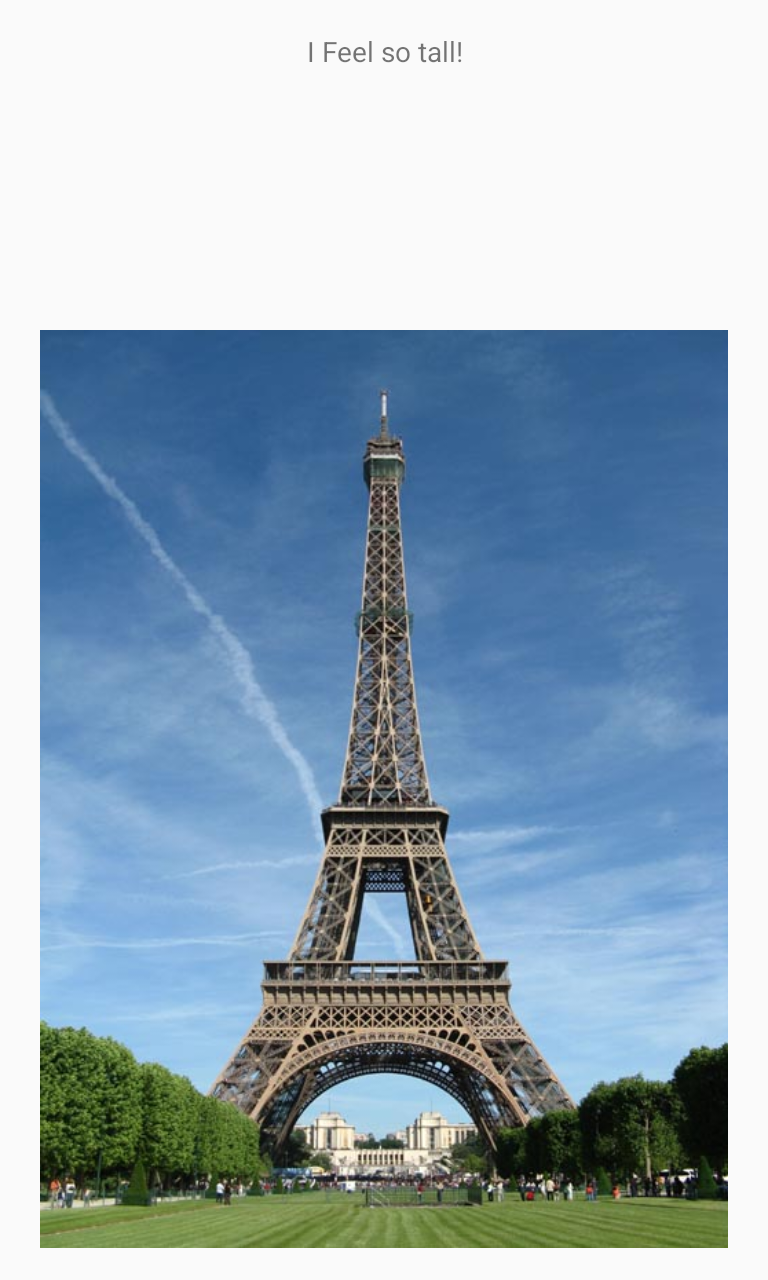
Repository: Smahane/Android_CST407
Layout: HomeWork2/HomeWork2_Resources_State/res/layout/fragment_opinion.xml
These files come from the project's save history. The layout is drawn as it stood at one moment and after the next save; the edit follows.
It is drawn on a 768 x 1280 px phone screen (xhdpi) without system bars, with theme AppTheme; the app's code is not run.

Above is the layout before, as saved 2014-07-20 17:42:03.

### HomeWork2/HomeWork2_Resources_State/res/layout/fragment_opinion.xml
<RelativeLayout xmlns:android="http://schemas.android.com/apk/res/android"
    xmlns:tools="http://schemas.android.com/tools"
    android:layout_width="match_parent"
    android:layout_height="match_parent"
    android:paddingBottom="@dimen/activity_vertical_margin"
    android:paddingLeft="@dimen/activity_horizontal_margin"
    android:paddingRight="@dimen/activity_horizontal_margin"
    android:paddingTop="@dimen/activity_vertical_margin"
    tools:context="com.example.homework2_resources.OpinionActivity$PlaceholderFragment" >

    <TextView
        android:id="@+id/textView1"
        android:layout_width="match_parent"
        android:layout_height="wrap_content"
        android:gravity="center"
        android:text="@string/portrait" />

    <ImageView
        android:id="@+id/imageView1"
        android:layout_width="wrap_content"
        android:layout_height="wrap_content"
        android:layout_alignLeft="@+id/textView1"
        android:layout_below="@+id/textView1"
        android:layout_marginTop="130dp"
        android:layout_centerVertical="false"
        android:layout_centerHorizontal="true"
        android:src="@drawable/eiffeltower" />

</RelativeLayout>

### HomeWork2/HomeWork2_Resources_State/res/values/strings.xml
<?xml version="1.0" encoding="utf-8"?>
<resources>

    <string name="app_name">HomeWork2_Resources</string>
    <string name="portrait">I Feel so tall!</string>
    <string name="action_settings">Settings</string>
    <string name="land_txt">the world looks flat</string>
    <string name="EiffelTowerImage">Eiffel Tower</string>

</resources>

Loaded but not shown: HomeWork2/HomeWork2_Resources_State/res/values/styles.xml (common file); HomeWork2/HomeWork2_Resources_State/res/values-v11/styles.xml (common file); HomeWork2/HomeWork2_Resources_State/res/values-v14/styles.xml (common file); HomeWork2/HomeWork2_Resources_State/res/values/dimens.xml (common file); HomeWork2/HomeWork2_Resources_State/res/values-w820dp/dimens.xml (common file)

After the next save:
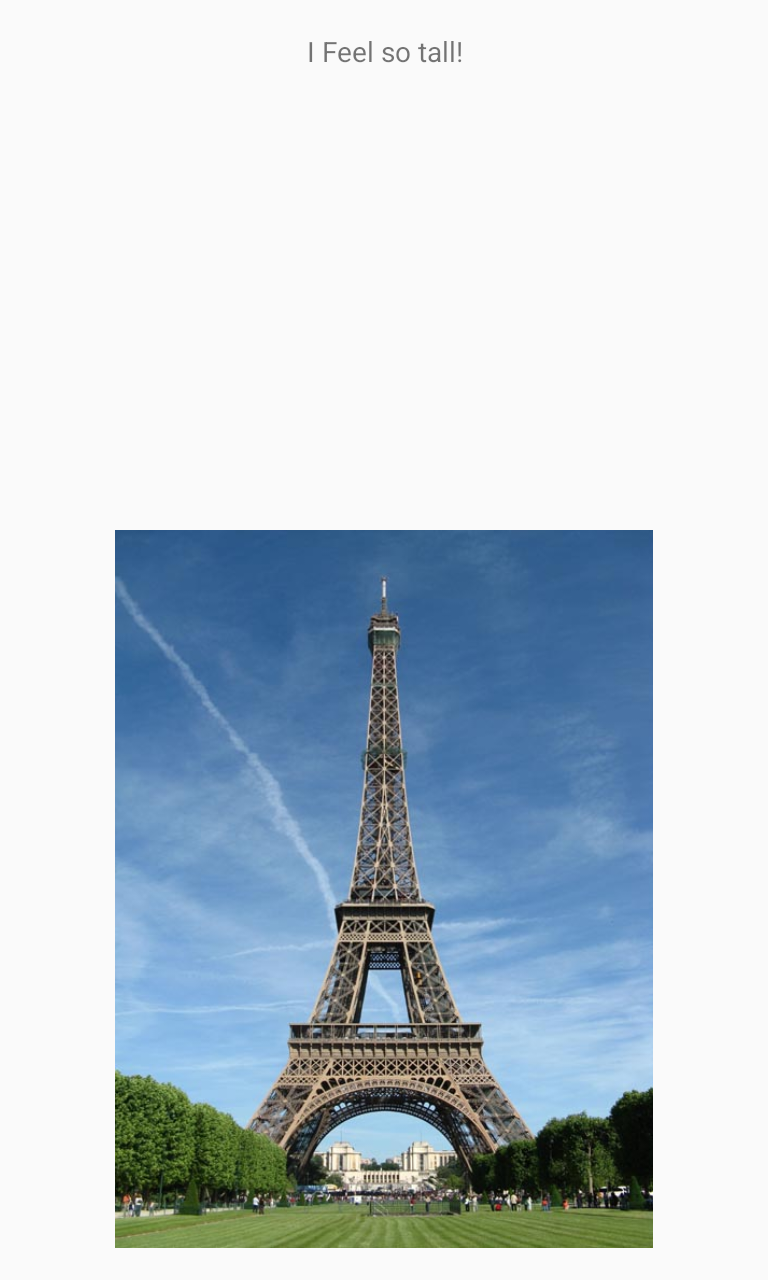
Saved 8 s later.
--- a/HomeWork2/HomeWork2_Resources_State/res/layout/fragment_opinion.xml
+++ b/HomeWork2/HomeWork2_Resources_State/res/layout/fragment_opinion.xml
@@ -21,7 +21,7 @@
         android:layout_height="wrap_content"
         android:layout_alignLeft="@+id/textView1"
         android:layout_below="@+id/textView1"
-        android:layout_marginTop="130dp"
+        android:layout_marginTop="230dp"
         android:layout_centerVertical="false"
         android:layout_centerHorizontal="true"
         android:src="@drawable/eiffeltower" />
